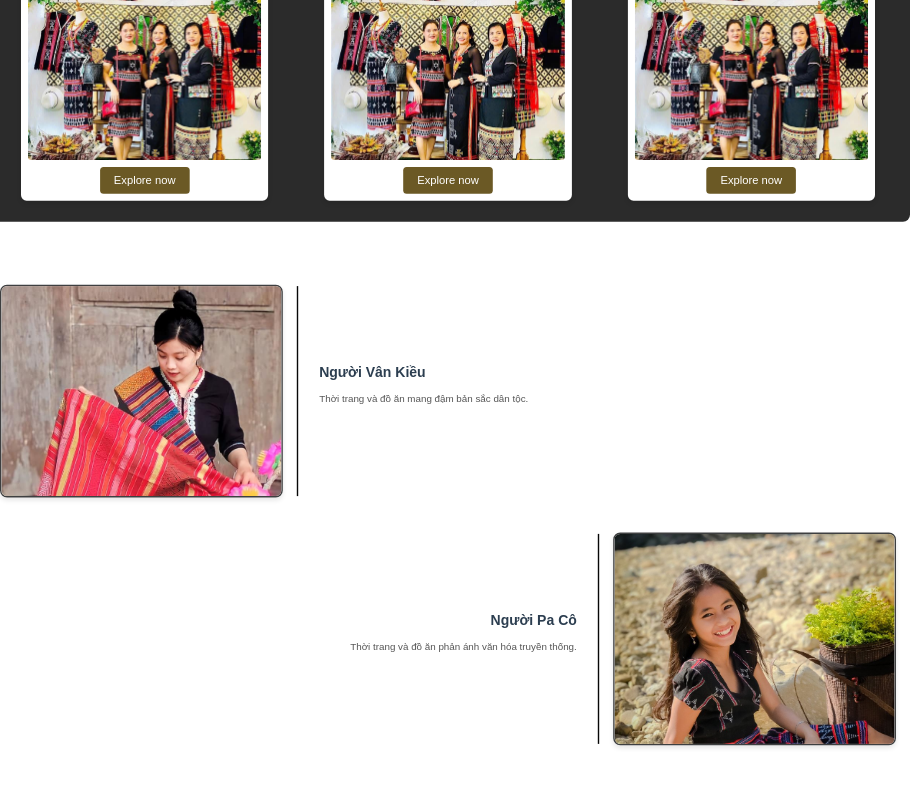
Repository: DangVai/LocalProduct
Page: Views/frontend/test.html
These files come from the project's save history. The page is drawn as it stood at one moment and after the next save; the edit follows.
The browser window is 1280 px wide. The page is 1300 px wide, so the pictures cover 1300 px, including what lies to the right of the window. The pictures show the part of the page from y = 1074 to 2954 px (the page is 2209 px tall before and 2954 px after), at 70% of full size.
Pictures or frames that could not be fetched are drawn as grey boxes.

Above is the page before, as saved 2024-12-19 10:58:06.

After the next save:
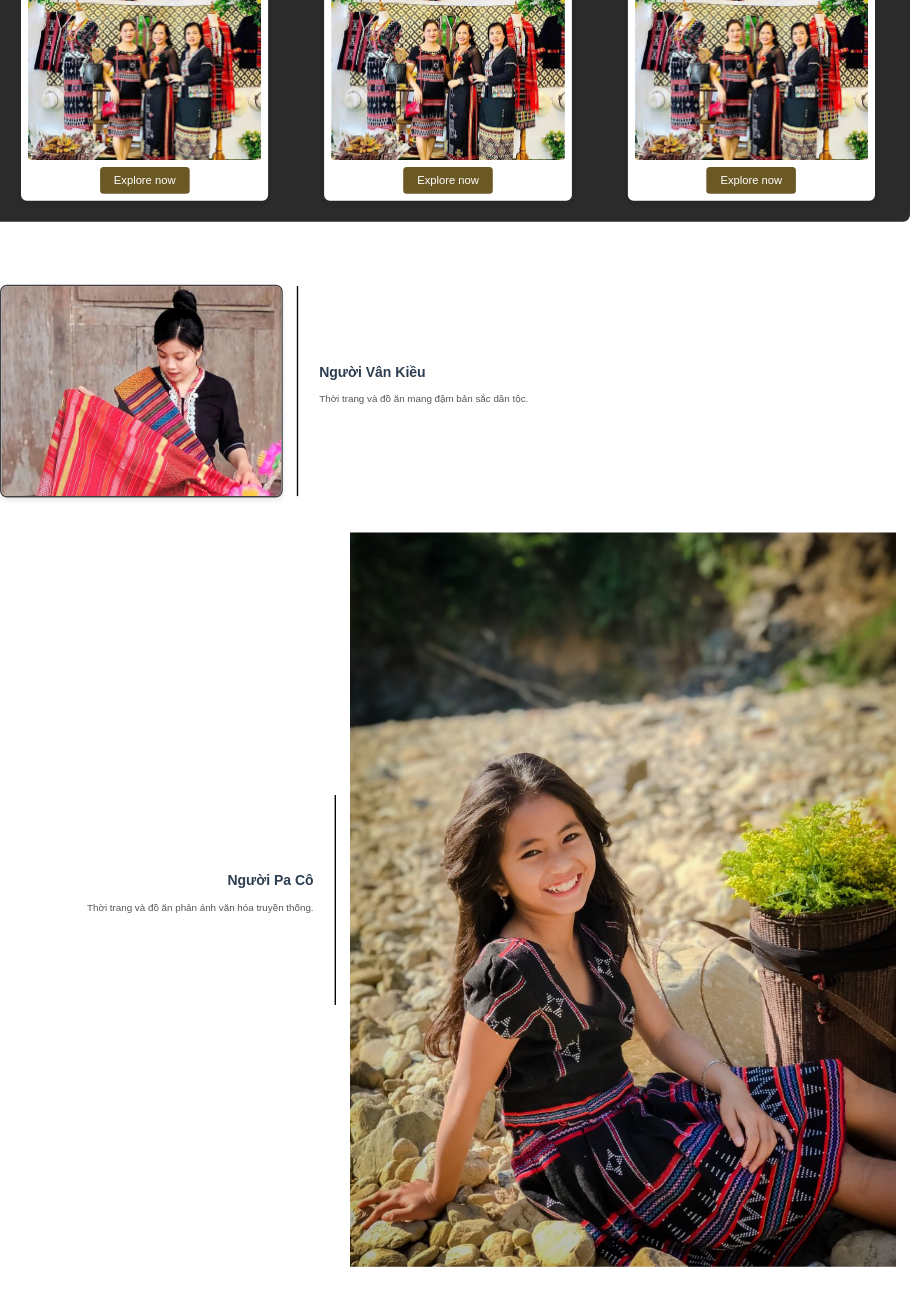
Saved 14 s later.
--- a/Views/frontend/test.html
+++ b/Views/frontend/test.html
@@ -317,8 +317,7 @@
         }
         /* Hình ảnh */
 
-        .vk img,
-        .pc img {
+        .vk img {
             width: 400px;
             height: 300px;
             border-radius: 10px;

After the save that followed:
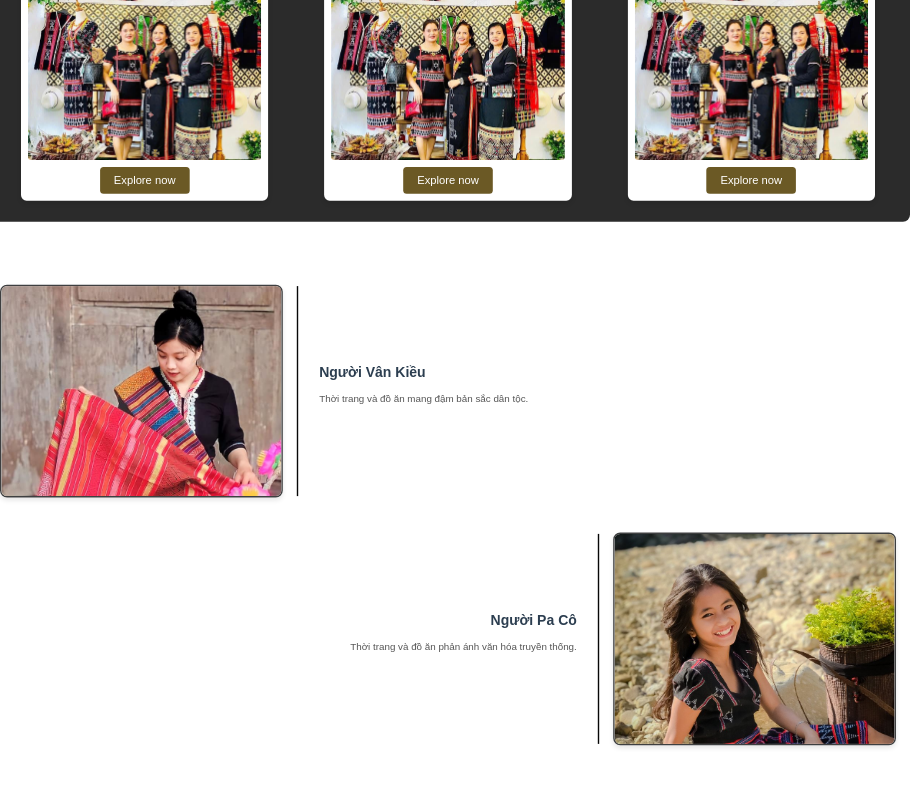
Saved 5 s later.
--- a/Views/frontend/test.html
+++ b/Views/frontend/test.html
@@ -317,6 +317,17 @@
         }
         /* Hình ảnh */
 
+        .pc img {
+            width: 400px;
+            height: 300px;
+            border-radius: 10px;
+            border: 2px solid #3e3f40;
+            object-fit: cover;
+            /* Đảm bảo hình ảnh không bị méo */
+            box-shadow: 0 4px 8px rgba(0, 0, 0, 0.1);
+            /* Hiệu ứng bóng */
+        }
+
         .vk img {
             width: 400px;
             height: 300px;
